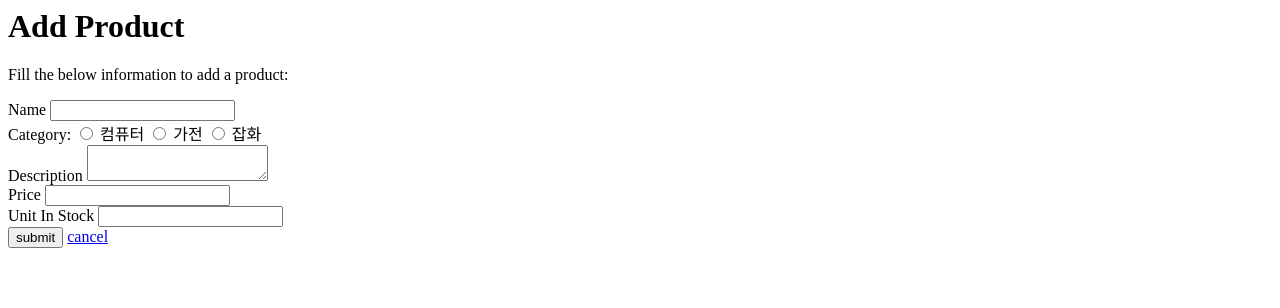
Repository: JHeart/Spring
Page: http://localhost/eStore/WEB-INF/views/addProduct.jsp
The author's editor kept a copy of each file at every save. The page is drawn from the files as they stood at one save, then again after the next save.
The browser window is 1280 px wide. The pictures show the whole page.
The page is served by Tomcat 9. Nobody is signed in. Other server files are loaded and not shown. The template is opened directly, without the code that normally fills it, so the values that code supplies are empty.

Above is the page before, as saved 2018-03-24 09:30:15.

### workspace/eStore/src/main/webapp/WEB-INF/views/addProduct.jsp
<%@ taglib uri="http://java.sun.com/jsp/jstl/core" prefix="c"%>
<%@ taglib uri="http://www.springframework.org/tags/form" prefix="sf"%>
<%@ page language="java" contentType="text/html; charset=UTF-8"
	pageEncoding="UTF-8"%>

<div class="container-wrapper">
	<div class="container">
		<h1>Add Product</h1>
		<p class="lead">Fill the below information to add a product:</p>

		<sf:form
			action="${pageContext.request.contextPath}/admin/productInventory/addProduct"
			method="post" modelAttribute="product">

			<div class="form-group">
				<label for="name">Name</label>
				<sf:input path="name" id="name" class="form-control" />
			</div>

			<div class="form-group">
				<label for="category">Category:</label>
				<sf:radiobutton path="category" id="category" value="컴퓨터" />
				컴퓨터
				<sf:radiobutton path="category" id="category" value="가전" />
				가전
				<sf:radiobutton path="category" id="category" value="잡화" />
				잡화
			</div>

			<div class="form-group">
				<label for="description">Description</label>
				<sf:textarea path="description" id="description" class="form-control" />
			</div>

			<div class="form-group">
				<label for="price">Price</label>
				<sf:input path="price" id="price" class="form-control" />
			</div>

			<div class="form-group">
				<label for="unitInStock">Unit In Stock</label>
				<sf:input path="unitInStock" id="unitInStock" class="form-control" />
			</div>

			<input type="submit" value="submit" class="btn btn-default">
			<a href="<c:url value="/admin/productInventory" />"
				class="btn btn-default">cancel</a>
		</sf:form>
		<br />
	</div>
</div>

After the next save:
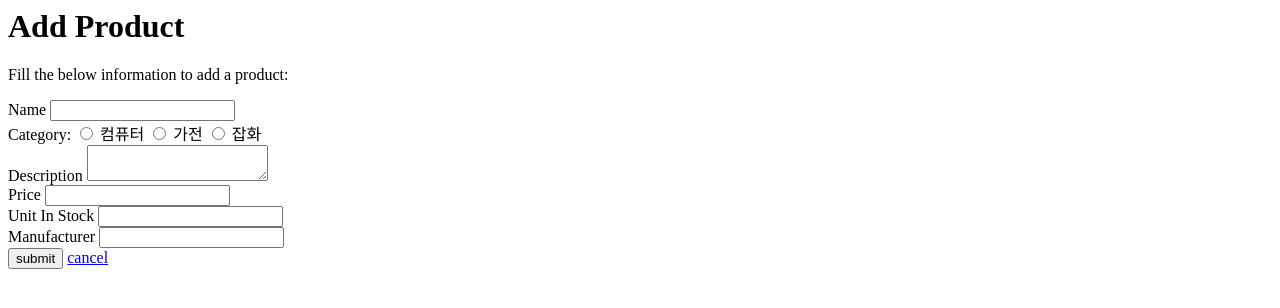
Saved 47 s later.
--- a/workspace/eStore/src/main/webapp/WEB-INF/views/addProduct.jsp
+++ b/workspace/eStore/src/main/webapp/WEB-INF/views/addProduct.jsp
@@ -42,6 +42,12 @@
 				<sf:input path="unitInStock" id="unitInStock" class="form-control" />
 			</div>
 
+			<div class="form-group">
+				<label for="manufacturer">Manufacturer</label>
+				<sf:input path="manufacturer" id="manufacturer" class="form-control" />
+			</div>
+
+
 			<input type="submit" value="submit" class="btn btn-default">
 			<a href="<c:url value="/admin/productInventory" />"
 				class="btn btn-default">cancel</a>
